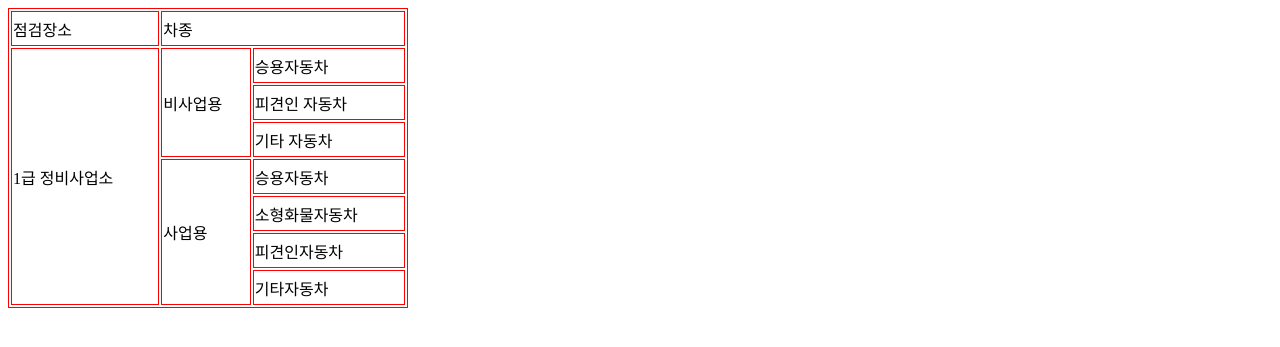
Repository: sungeunbyeol/Nowon-ezen-jsp
Page: test/WebContent/test09.html
An editor plug-in stored every save of this project. The page is shown before and after the next save, followed by the edit.
The browser window is 1280 px wide. The pictures show the whole page.

Above is the page before, as saved 2021-11-02 03:33:25.

### test/WebContent/test09.html
<!DOCTYPE html>
<html>
<head>
<meta charset="EUC-KR">
<title>자동차 정기점검</title>
</head>
<body>
	<table border="1" bordercolor="red" width="400" height="300">
		<tr>
			<td>점검장소</td>
			<td colspan="2">차종</td>
		</tr>
		<tr>
			<td rowspan="7">1급 정비사업소</td>
			<td rowspan="3">비사업용</td>
			<td>승용자동차</td>
		</tr>
		<tr>
			<td>피견인 자동차</td>
		</tr>
		<tr>
			<td>기타 자동차</td>
		</tr>
		<tr>
			<td rowspan="4">사업용</td>
			<td>승용자동차</td>
		</tr>
		<tr>
			<td>소형화물자동차</td>
		</tr>
		<tr>
			<td>피견인자동차</td>
		</tr>
		<tr>
			<td>기타자동차</td>
		</tr>

	</table>
</body>
</html>

After the next save:
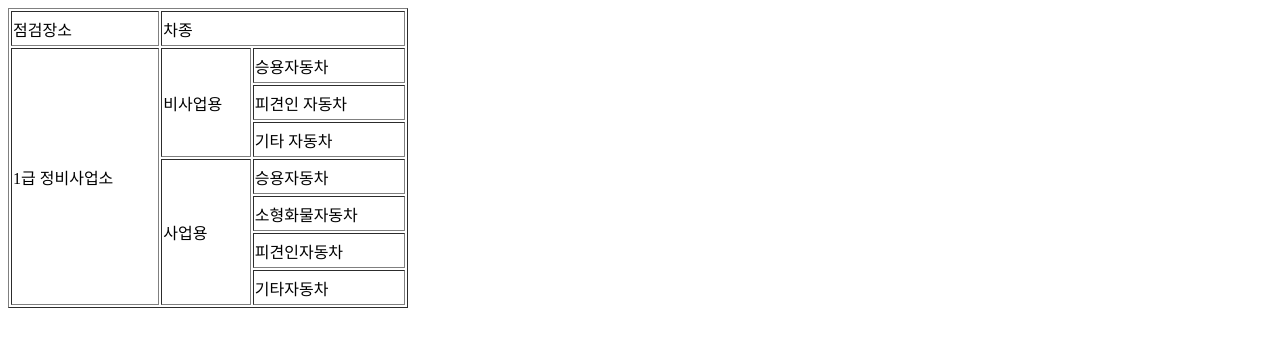
Saved 18 s later.
--- a/test/WebContent/test09.html
+++ b/test/WebContent/test09.html
@@ -5,7 +5,7 @@
 <title>자동차 정기점검</title>
 </head>
 <body>
-	<table border="1" bordercolor="red" width="400" height="300">
+	<table border="1"color="red" width="400" height="300">
 		<tr>
 			<td>점검장소</td>
 			<td colspan="2">차종</td>

After the 2 saves that followed:
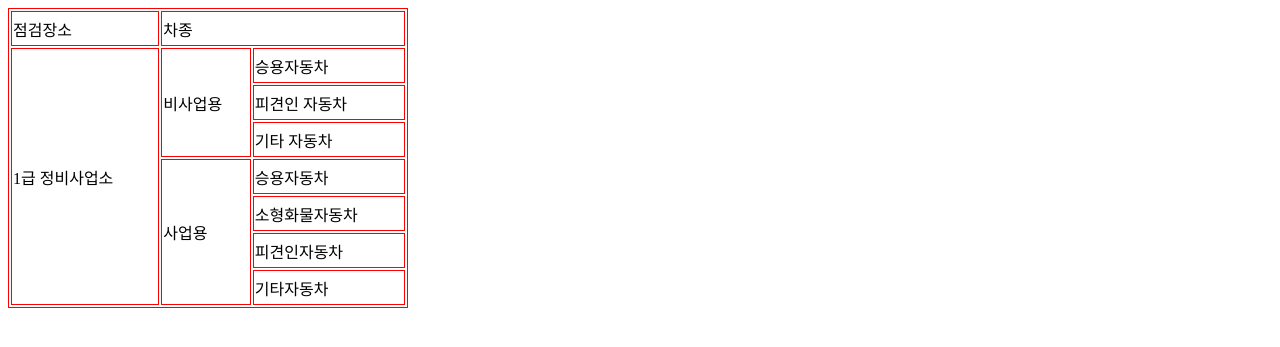
The 2 saves are shown as one change because 1 left the picture as it was.
The last was saved 10 s later.
--- a/test/WebContent/test09.html
+++ b/test/WebContent/test09.html
@@ -5,7 +5,7 @@
 <title>자동차 정기점검</title>
 </head>
 <body>
-	<table border="1"color="red" width="400" height="300">
+	<table border="1" bordercolor="red" width="400" height="300">
 		<tr>
 			<td>점검장소</td>
 			<td colspan="2">차종</td>
